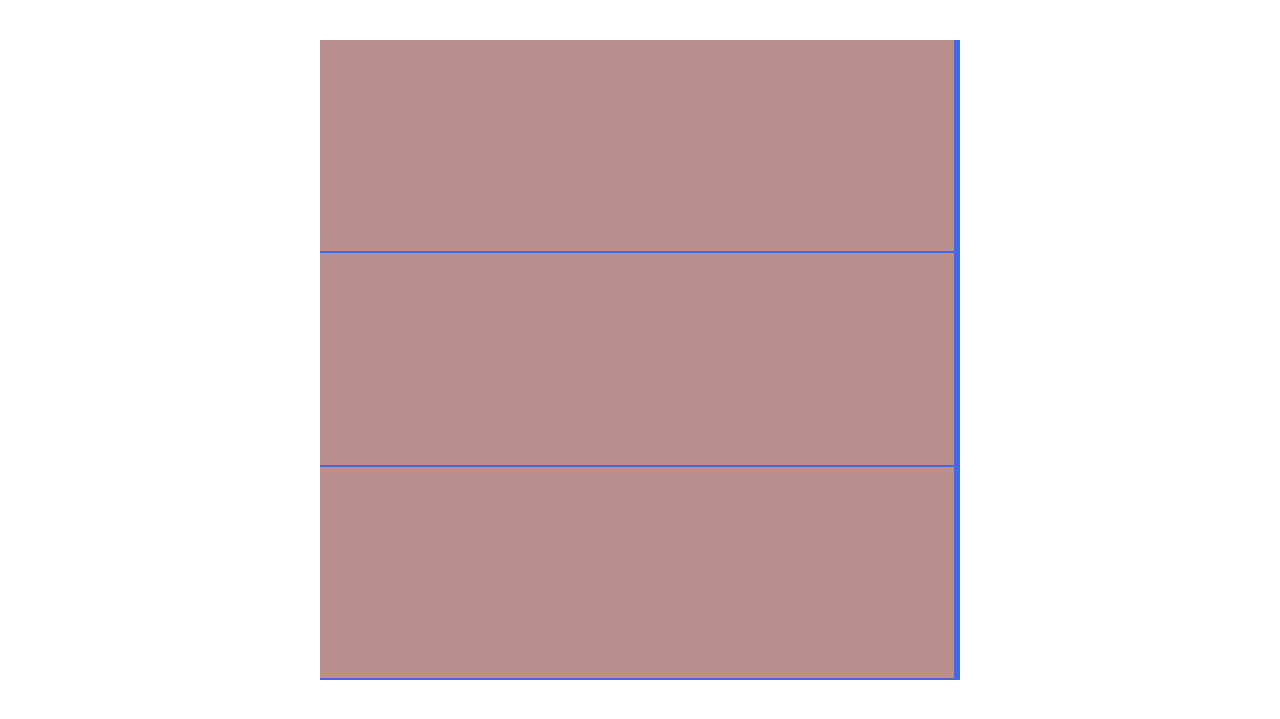
Repository: baumanmilosz/tictactoe
Page: index.html
These files come from the project's save history. The page is drawn as it stood at one moment and after the next save; the edit follows.
The browser window is 1280 px wide. The pictures show the whole page.

Above is the page before, as saved 2019-02-21 16:18:29.

### index.html
<!DOCTYPE html>
<html lang="en">

<head>
  <meta charset="UTF-8">
  <meta name="viewport" content="width=device-width, initial-scale=1.0">
  <meta http-equiv="X-UA-Compatible" content="ie=edge">
  <link rel="stylesheet" href="./style.css">
  <title>Tic Tac Toe</title>
</head>

<body>
  <div class="board">
    <div class="box"></div>
    <div class="box"></div>
    <div class="box"></div>
    <div class="box"></div>
    <div class="box"></div>
    <div class="box"></div>
    <div class="box"></div>
    <div class="box"></div>
    <div class="box"></div>
  </div>

  <script src="./script.js"></script>
</body>

</html>

### style.css
* {
  margin: 0;
  padding: 0;
  box-sizing: border-box;
}

html {
  font-size: 10px;
}

body {
  position: relative;
  height: 100vh;
  /* background-color: blue; */
}

.board {
  display: flex;
  flex-wrap: wrap;
  position: absolute;
  left: 50%;
  top: 50%;
  transform: translate(-50%, -50%);
  width: 50vw;
  height: 50vw;
  background-color: royalblue;
}

.box {
  width: 33%;
  height: 33%;
  background-color: rosybrown;
}

.box.yellow {
  background-color: red;
}

Loaded but not shown: script.js (no copy from this time; the picture is the same without it)

After the next save:
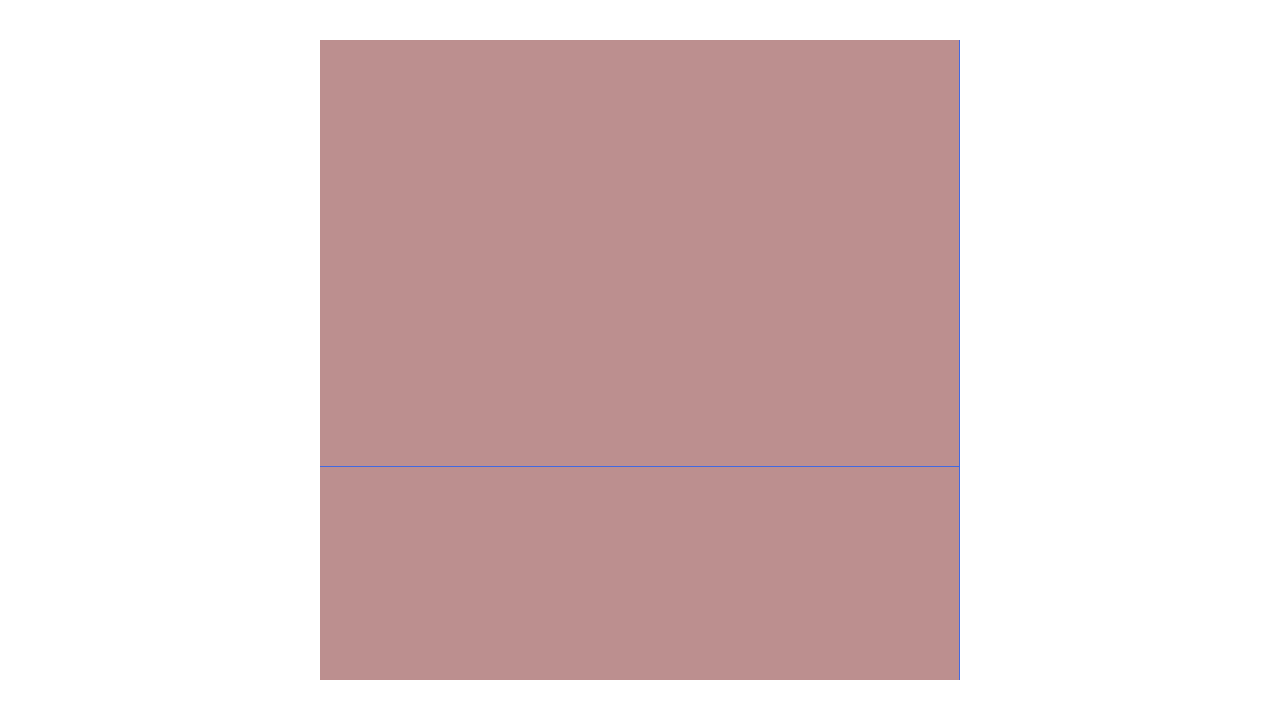
Saved 5 s later.
--- a/style.css
+++ b/style.css
@@ -27,8 +27,8 @@
 }
 
 .box {
-  width: 33%;
-  height: 33%;
+  width: 33.3%;
+  height: 33.3%;
   background-color: rosybrown;
 }
 

After the save that followed:
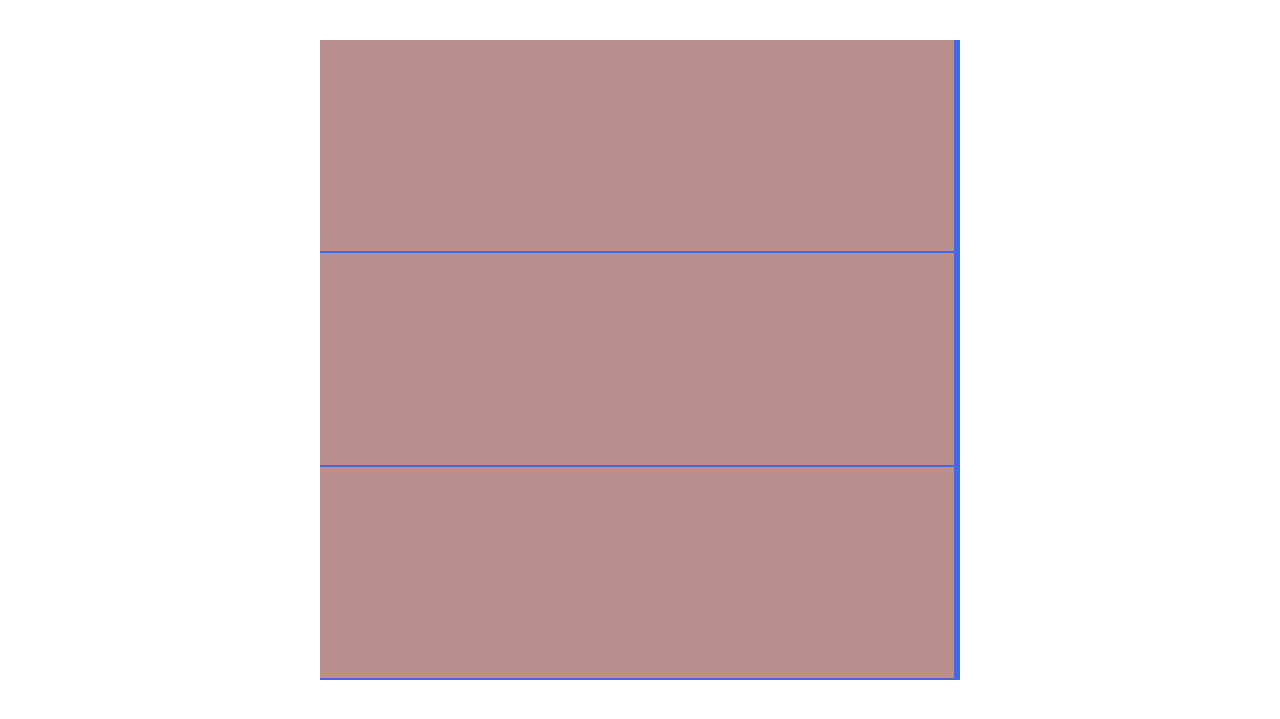
Saved 11 s later.
--- a/style.css
+++ b/style.css
@@ -27,8 +27,8 @@
 }
 
 .box {
-  width: 33.3%;
-  height: 33.3%;
+  width: 33%;
+  height: 33%;
   background-color: rosybrown;
 }
 
